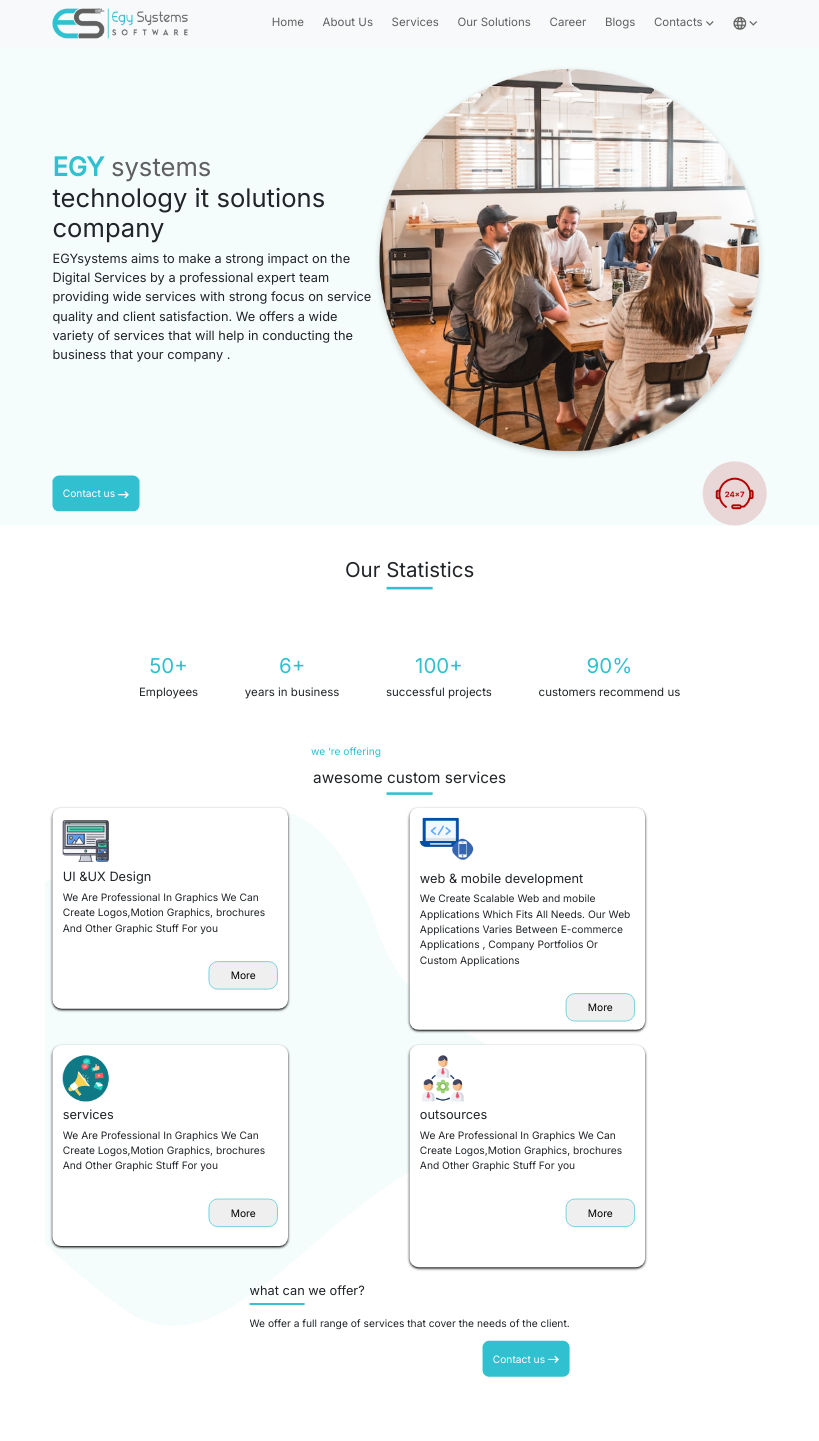
Repository: hamdyAbdelazeim/Egysystem-Home
Page: index.html
These files come from the project's save history. The page is drawn as it stood at one moment and after a run of saves; the edit follows.
The browser window is 1280 px wide. The pictures show the whole page, at 64% of full size.

Above is the page before, as saved 2023-07-13 11:08:55.

After the next 4 saves:
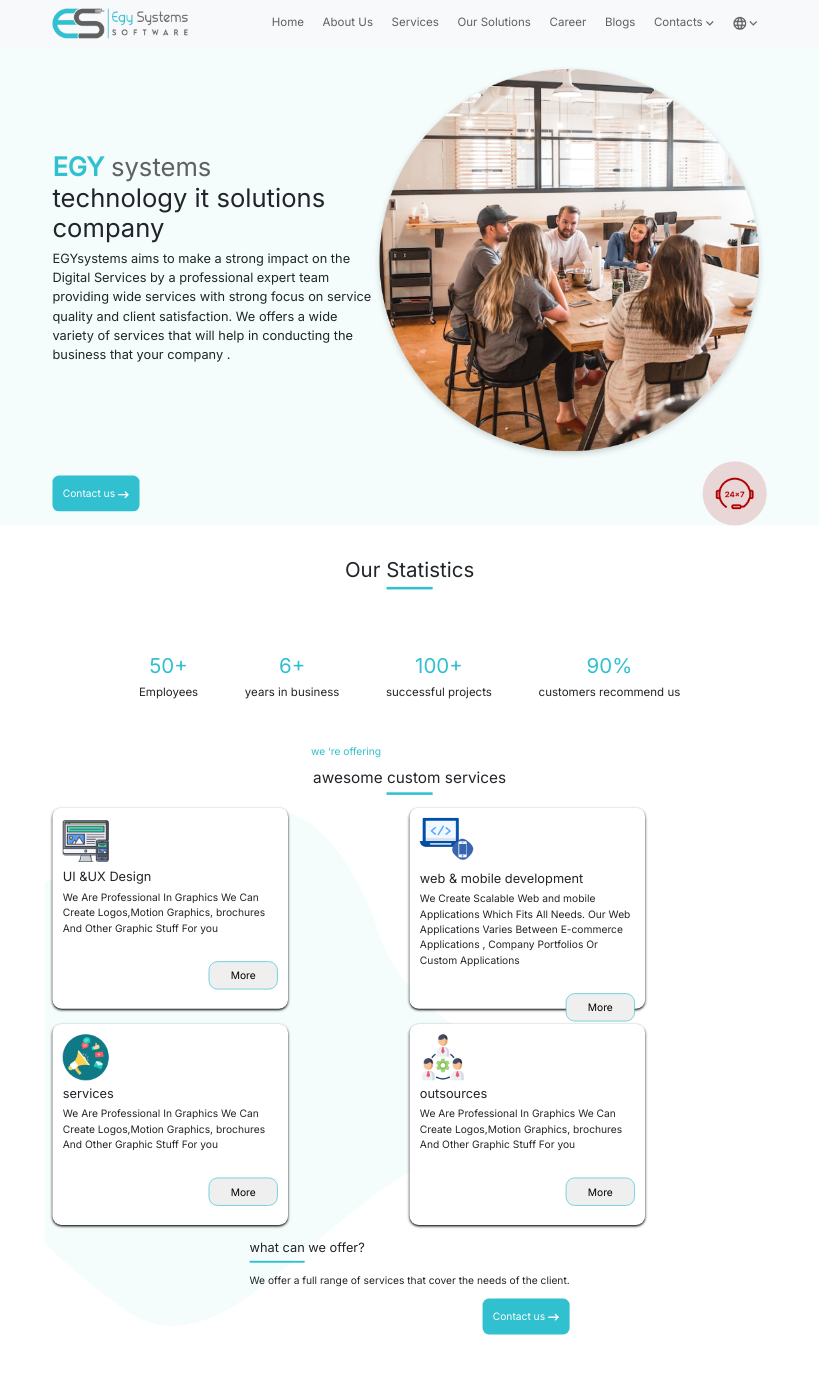
The 4 saves are shown as one change because they came seconds apart.
The last was saved 11 min 46 s later.
--- a/css/style.css
+++ b/css/style.css
@@ -165,6 +165,7 @@
   float: right;
   margin-top: 1.5rem;
 }
+.service-down .service-down-left .service-item button :ha
 
 .service-item-cust {
   height: 347px !important;

After the 6 saves that followed:
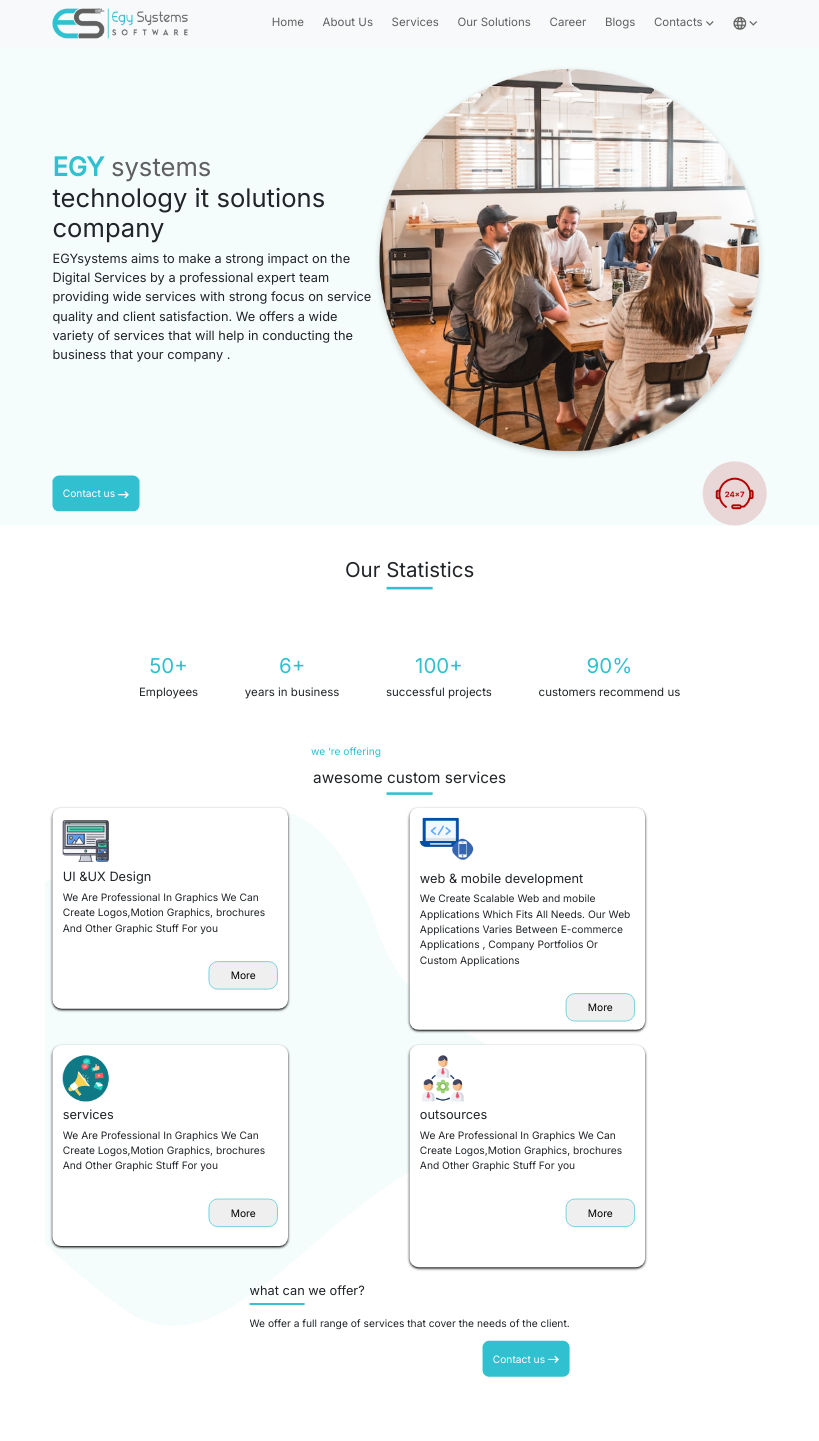
The 6 saves are shown as one change because they came seconds apart.
The last was saved 18 s later.
--- a/css/style.css
+++ b/css/style.css
@@ -165,7 +165,10 @@
   float: right;
   margin-top: 1.5rem;
 }
-.service-down .service-down-left .service-item button :ha
+.service-down .service-down-left .service-item button :hover{
+  background-color: var(--primary);
+  border: ;
+}
 
 .service-item-cust {
   height: 347px !important;
